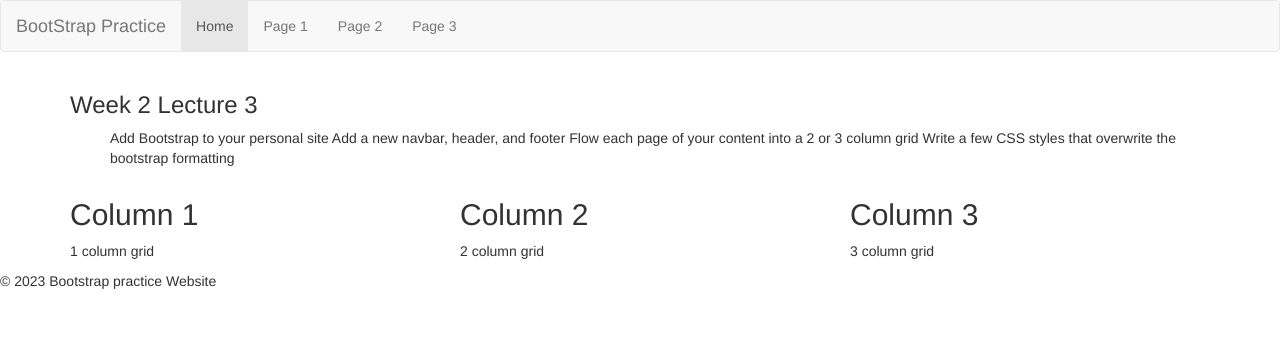
Repository: ayannasampson/bootstrappractice
Page: bs.html
The author's editor kept a copy of each file at every save. The page is drawn from the files as they stood at one save, then again after the next save.
The browser window is 1280 px wide. The pictures show the whole page.
Some web libraries are served in a nearby version.

Above is the page before, as saved 2023-03-21 13:09:38.

### bs.html

    <html lang="en">
<head>
  <title>Bootstrap Practice</title>
  <meta charset="utf-8">
  <meta name="viewport" content="width=device-width, initial-scale=1">
  <link rel="stylesheet" href="https://maxcdn.bootstrapcdn.com/bootstrap/3.4.1/css/bootstrap.min.css">
  <script src="https://ajax.googleapis.com/ajax/libs/jquery/3.6.3/jquery.min.js"></script>
  <script src="https://maxcdn.bootstrapcdn.com/bootstrap/3.4.1/js/bootstrap.min.js"></script>
</head>
<body>

<nav class="navbar navbar-default">
  <div class="container-fluid">
    <div class="navbar-header">
      <a class="navbar-brand" href="#">BootStrap Practice</a>
    </div>
    <ul class="nav navbar-nav">
      <li class="active"><a href="#">Home</a></li>
      <li><a href="#">Page 1</a></li>
      <li><a href="#">Page 2</a></li>
      <li><a href="#">Page 3</a></li>
    </ul>
  </div>
</nav>

<div class="container">
  <h3>Week 2 Lecture 3</h3>
  <p> <ul
    <ls>Add Bootstrap to your personal site</ls>
<ls>Add a new navbar, header, and footer</ls>
<ls>Flow each page of your content into a 2 or 3 column grid</ls>
<ls>Write a few CSS styles that overwrite the bootstrap formatting</ls></p>
  </ul>

</div>
<div class="container">
		<div class="row">
			<div class="col-md-4">
				<h2>Column 1</h2>
				<p>1 column grid</p>
			</div>
			<div class="col-md-4">
				<h2>Column 2</h2>
				<p>2 column grid</p>
			</div>
			<div class="col-md-4">
				<h2>Column 3</h2>
				<p>3 column grid</p>
			</div>
		</div>
	</div>
  <div class="footer">
		<p>&copy; 2023 Bootstrap practice Website</p>
	</div>
</body>
</html>


</html>

After the next save:
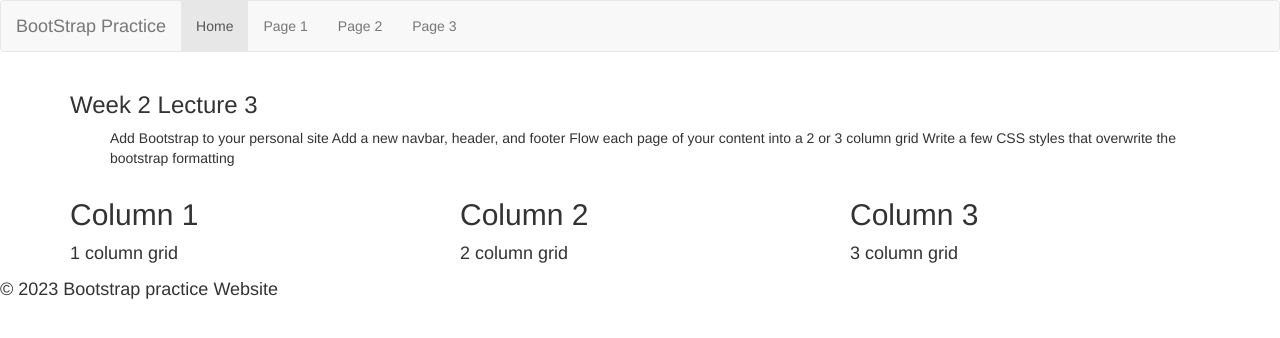
Saved 6 min 39 s later.
--- a/bs.html
+++ b/bs.html
@@ -7,6 +7,7 @@
   <link rel="stylesheet" href="https://maxcdn.bootstrapcdn.com/bootstrap/3.4.1/css/bootstrap.min.css">
   <script src="https://ajax.googleapis.com/ajax/libs/jquery/3.6.3/jquery.min.js"></script>
   <script src="https://maxcdn.bootstrapcdn.com/bootstrap/3.4.1/js/bootstrap.min.js"></script>
+  <script src="https://unpkg.com/@popperjs/core@2.10.1/dist/umd/popper.min.js"></script>
 </head>
 <body>
 
@@ -53,6 +54,14 @@
   <div class="footer">
 		<p>&copy; 2023 Bootstrap practice Website</p>
 	</div>
+  <style>
+		h1 {
+			color: blue;
+		}
+		p {
+			font-size: 18px;
+		}
+	</style>
 </body>
 </html>
 
